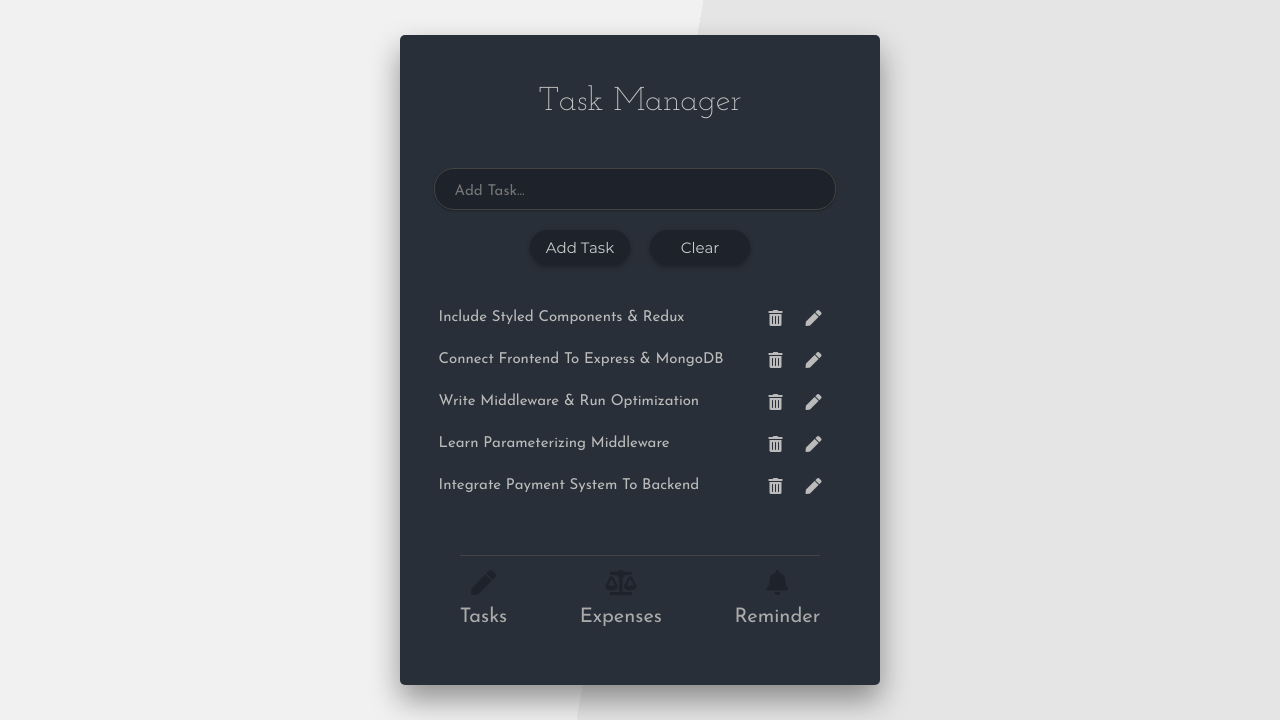
Repository: Kol124/react-task-manager
Page: /
The author's editor kept a copy of each file at every save. The page is drawn from the files as they stood at one save, then again after the next save.
The browser window is 1280 px wide. The pictures show the whole page.
The project was rebuilt for these pictures with package versions that can differ from the ones it lists, and the page was loaded fresh each time. Also part of the build but not shown: src/components/Expenses/Expenses.js, src/components/Reminder/Reminder.js.

Above is the page before, as saved 2021-06-23 19:46:46.

After the next save:
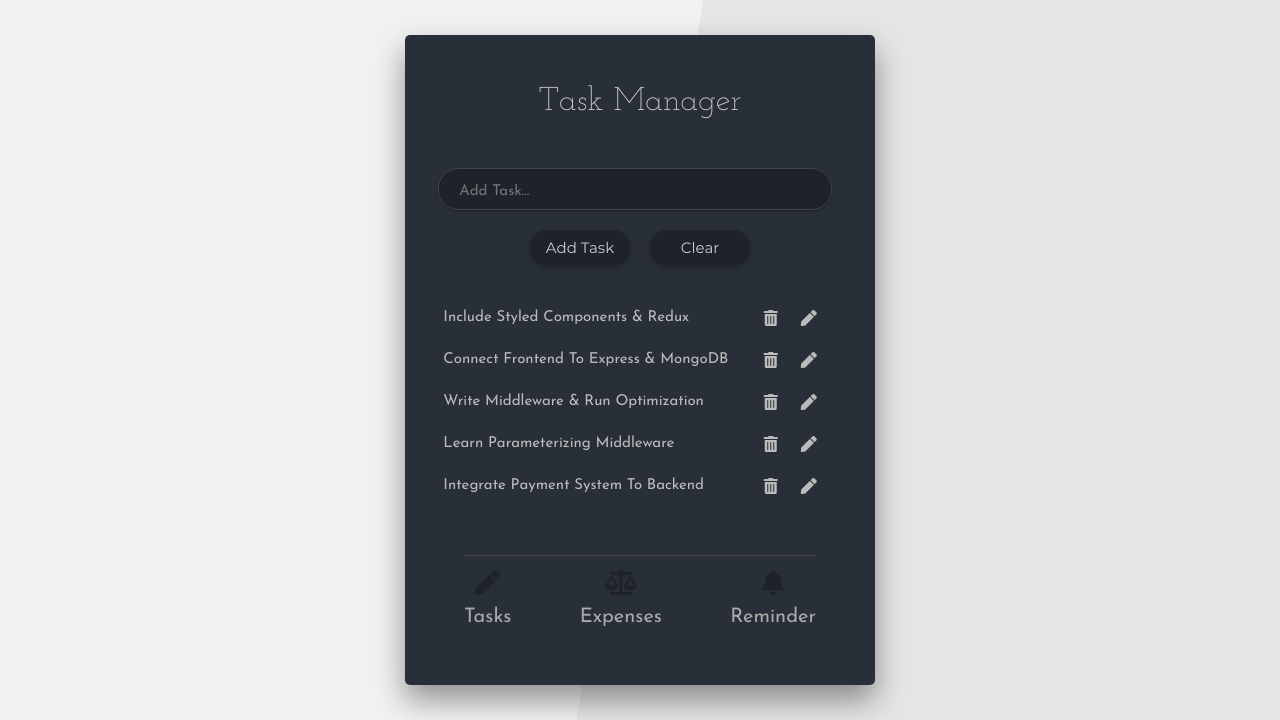
Saved 41 s later.
--- a/src/App.css
+++ b/src/App.css
@@ -23,7 +23,7 @@ html {
 .app-wrapper {
   background-color: #292f38;
   padding: 2.5rem 2.8rem;
-  width: 48rem;
+  width: 47rem;
   height: 65rem;
   border-radius: 5px;
   box-shadow: 0 15px 30px rgba(0, 0, 0, 0.4);
